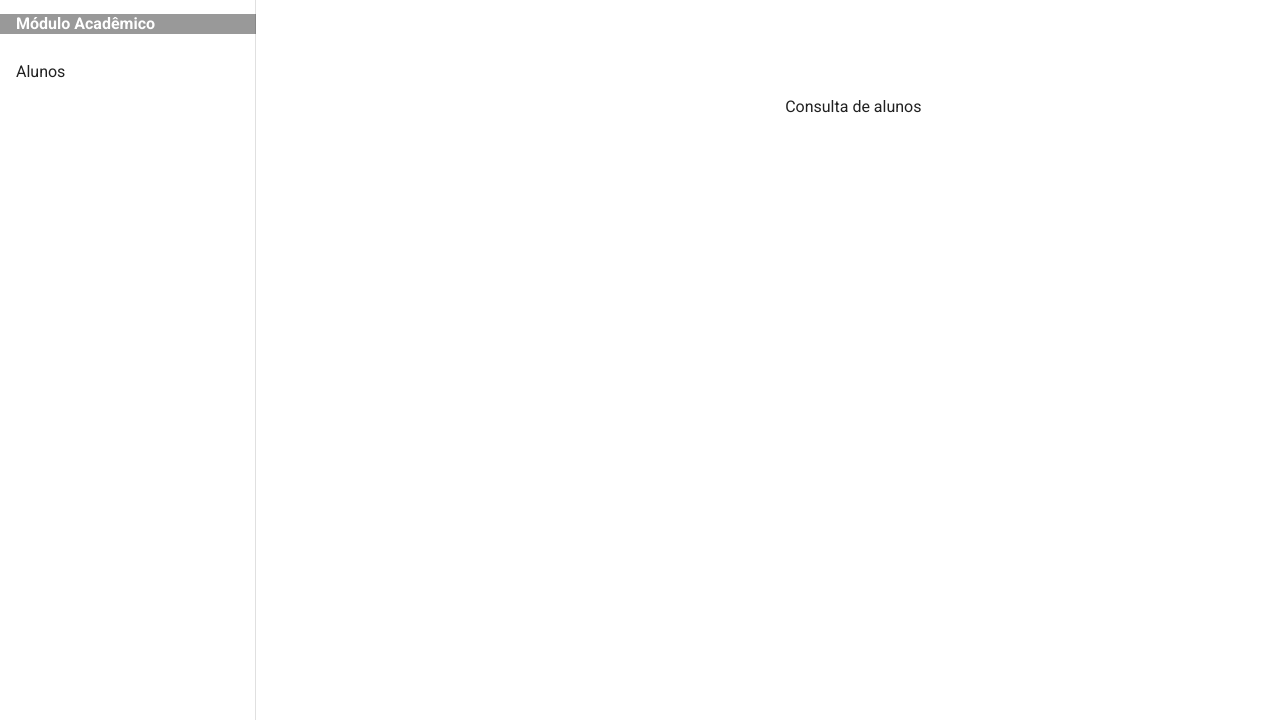
Repository: sergiohidekiono/vue-student
Page: /
The author's editor kept a copy of each file at every save. The page is drawn from the files as they stood at one save, then again after the next save.
The browser window is 1280 px wide. The pictures show the whole page.
The project was rebuilt for these pictures with package versions that can differ from the ones it lists, and the page was loaded fresh each time. Also part of the build but not shown: vue.config.js.

Above is the page before, as saved 2024-08-07 09:45:28.

### src/App.vue
<template>
  <v-app>
    <v-main class="wrapper">
      <StudentList class="wrapper" />
    </v-main>
  </v-app>
</template>

<script>
import StudentList from './components/student-list';

export default {
  name: 'App',

  components: {
    StudentList,
  },

  data: () => ({
    //
  }),
};
</script>

<style>
.wrapper {
  width: 100vw;
  height: 100vh;
  margin: 0;
}
</style>

### src/components/student-list.vue
<template>
    <v-container>
        <v-row>
            <div class="d-flex align-start">
                <v-img :src="require('../assets/logo.png')" class="my-3" />
            </div>
        </v-row>
        <v-row>
            <v-col cols="2">
                <v-navigation-drawer v-model="drawer" app clipped :permanent="false">
                    <v-list>
                        <v-list-item>
                            <v-list-item-content class="header-table" style="padding: 0 !important;">
                                <v-list-item-title style="padding: 0; margin: 0;">
                                    <h4 class="ml-4">Módulo Acadêmico</h4>
                                </v-list-item-title>
                            </v-list-item-content>
                        </v-list-item>
                        <v-list-item link>
                            <v-list-item-content style="padding: 0;">
                                <v-list-item-title class="ml-4">Alunos</v-list-item-title>
                            </v-list-item-content>
                        </v-list-item>
                    </v-list>
                </v-navigation-drawer>
            </v-col>
            <v-col cols="10">
                <v-row cols="12" class="d-flex justify-center">
                    <span>Consulta de alunos</span>
                </v-row>
            </v-col>
        </v-row>
    </v-container>
</template>

<script>

export default {

};

</script>

<style scoped>
.v-list-item.theme--light .header-table {
    color: white;
    background: #999999;
    padding: 0 !important;
}

.v-list-item.theme--light {
    padding: 0 !important;
}

.v-list.v-sheet.theme--light {
    padding: 0 !important;
}

</style>

Loaded but not shown: public/index.html (common file); src/main.js (common file); src/plugins/vuetify.js (common file)

After the next save:
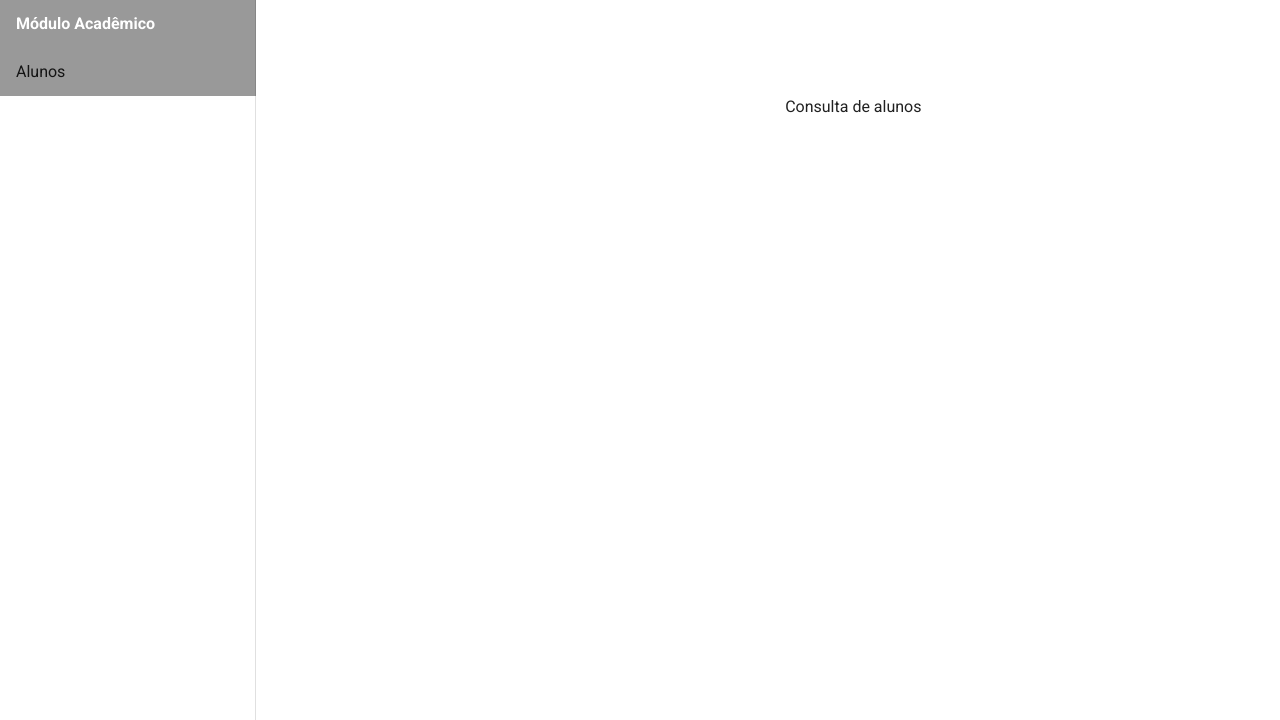
Saved 24 s later.
--- a/src/components/student-list.vue
+++ b/src/components/student-list.vue
@@ -50,6 +50,7 @@ export default {
 
 .v-list-item.theme--light {
     padding: 0 !important;
+    background: #999999;
 }
 
 .v-list.v-sheet.theme--light {
